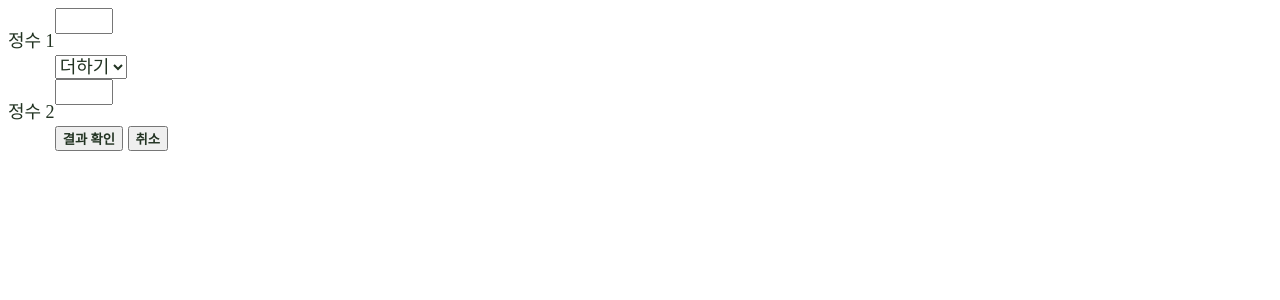
Repository: god5228god/Jsp
Page: WebApp06/WebContent/Send03.html
These files come from the project's save history. The page is drawn as it stood at one moment and after the next save; the edit follows.
The browser window is 1280 px wide. The pictures show the whole page.

Above is the page before, as saved 2026-03-03 00:39:49.

After the next save:
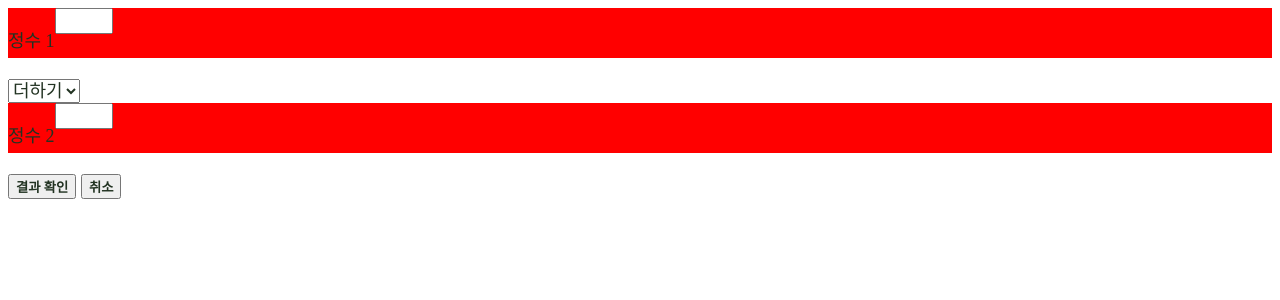
Saved 22 s later.
--- a/WebApp06/WebContent/Send03.html
+++ b/WebApp06/WebContent/Send03.html
@@ -5,7 +5,7 @@
 <title>Send02.html</title>
 <link rel="stylesheet" type="text/css" href="css/main.css" />
 <style type="text/css">
-.numWrap{}
+.numWrap{width: 100%; height: 50px; background-color: red;}
 p{float: left;}
 .txt{ width: 50px; height: 20px;  }
 </style>
